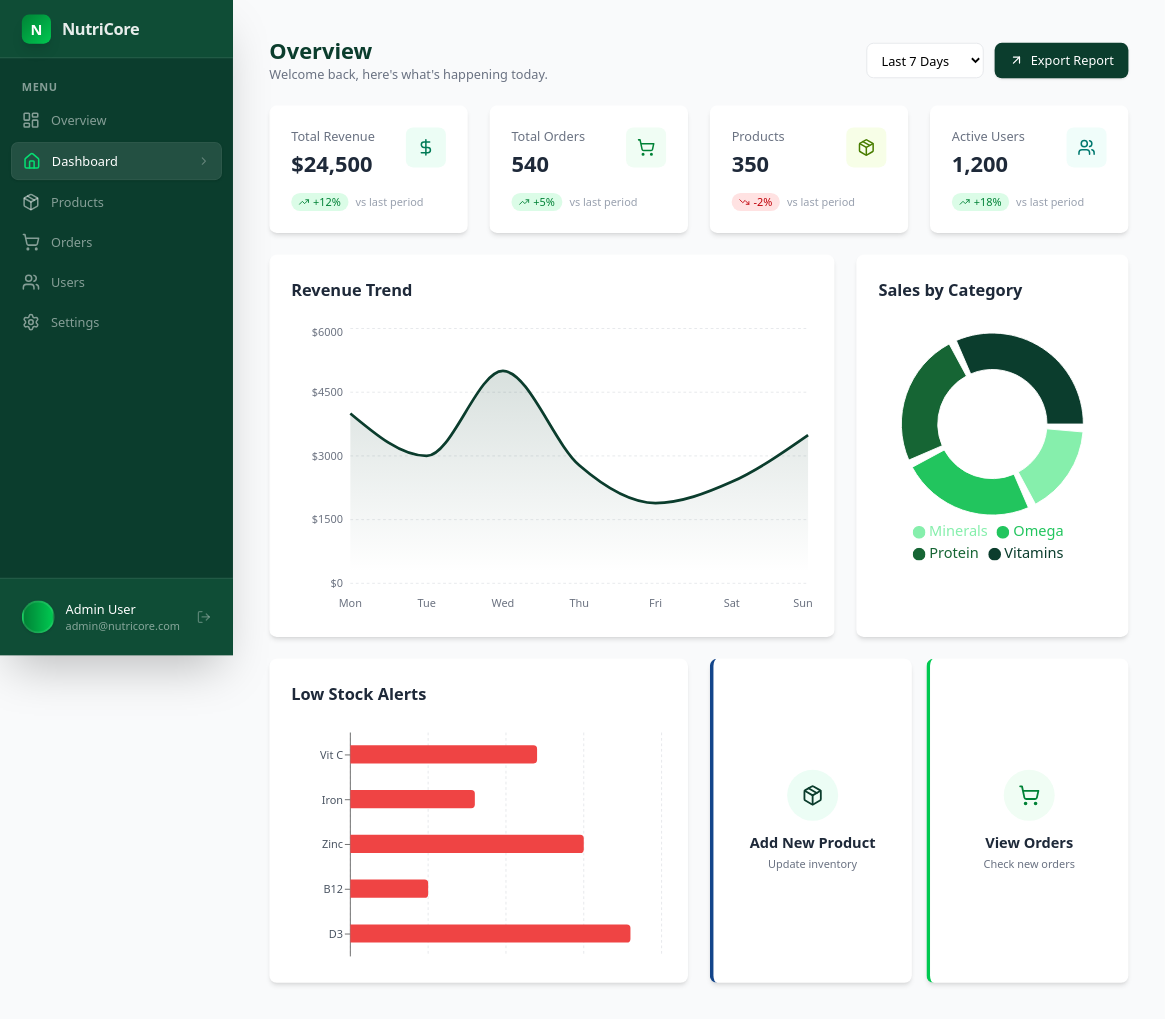
Repository: A-Nawaz512/NutriCore
Page: /admin/dashboard (app in frontend/)
An editor plug-in stored every save of this project. The page is shown before and after the next save, followed by the edit.
The browser window is 1280 px wide. The pictures show the whole page, at 91% of full size.
The project was rebuilt for these pictures with package versions that can differ from the ones it lists, and the page was loaded fresh each time. Also part of the build but not shown: frontend/vite.config.ts, frontend/src/shared/components/ui/Button.tsx, frontend/src/shared/components/ui/Badge.tsx, frontend/src/shared/components/layout/Header.tsx, frontend/src/shared/components/layout/Footer.tsx, frontend/src/shared/components/layout/MainLayout.tsx.

Above is the page before, as saved 2026-02-18 21:35:39.

After the next save:
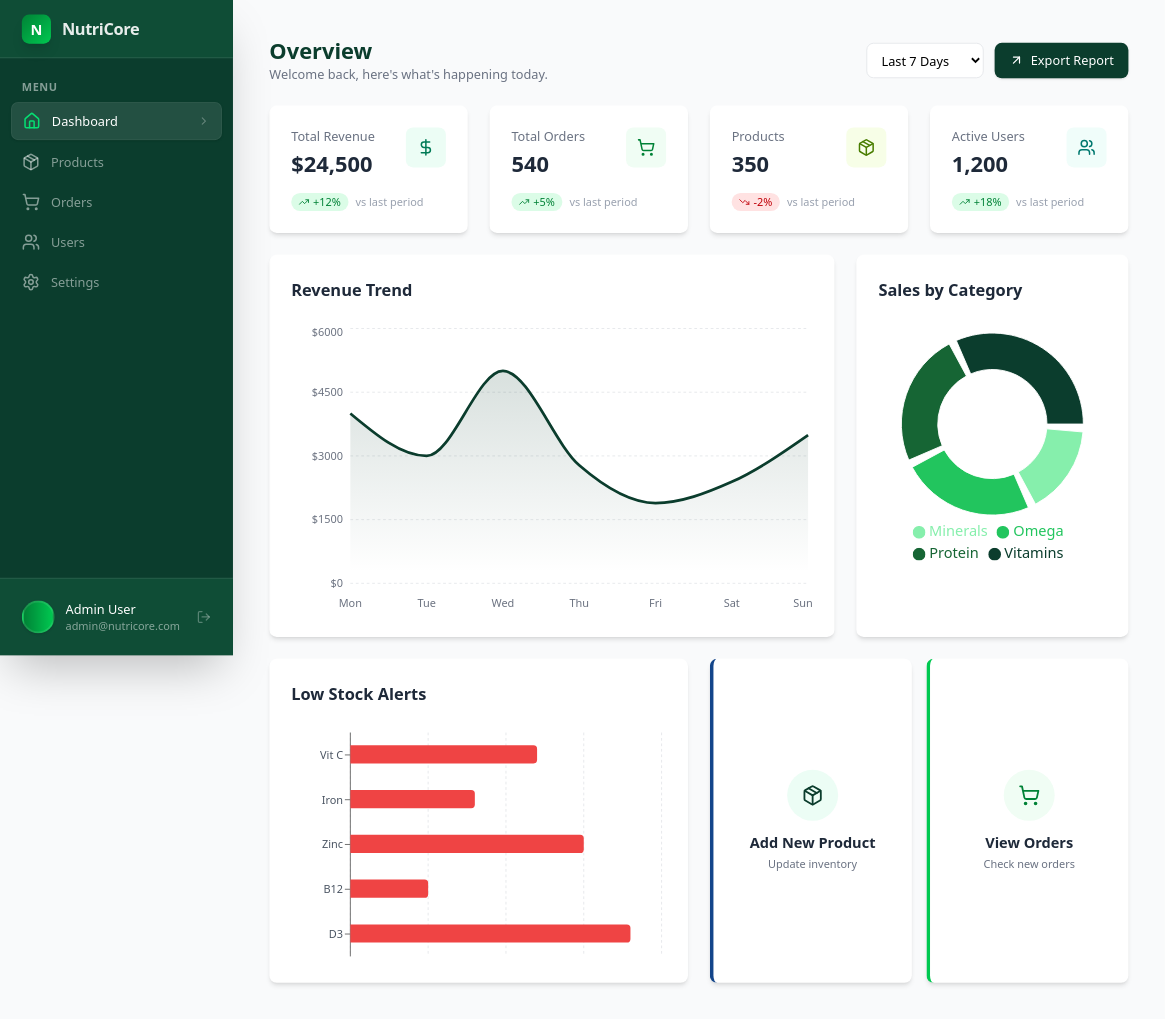
Saved 109 s later.
--- a/frontend/src/features/admin/components/AdminSidebar.tsx
+++ b/frontend/src/features/admin/components/AdminSidebar.tsx
@@ -14,7 +14,7 @@ import {
 } from "lucide-react"
 
 const menu = [
-  { name: "Overview", icon: LayoutDashboard, path: "/admin/dashboard/overview" },
+  // { name: "Overview", icon: LayoutDashboard, path: "/admin/dashboard/overview" },
   { name: "Dashboard", icon: Home, path: "/admin/dashboard" },
   { name: "Products", icon: Package, path: "/admin/dashboard/products" },
   { name: "Orders", icon: ShoppingCart, path: "/admin/dashboard/orders" },
